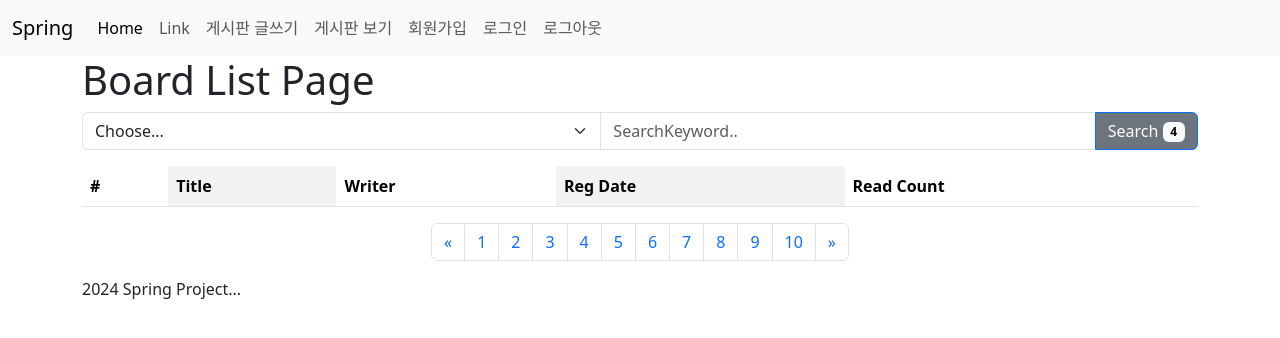
Repository: gajami-kim/240430_Spring_Study
Page: http://localhost/spring_study/WEB-INF/views/board/list.jsp
An editor plug-in stored every save of this project. The page is shown before and after the next save, followed by the edit.
The browser window is 1280 px wide. The pictures show the whole page.
The page is served by Tomcat 9. Nobody is signed in. The template is opened directly, without the code that normally fills it, so the values that code supplies are empty.

Above is the page before, as saved 2024-04-24 08:49:21.

After the next save:
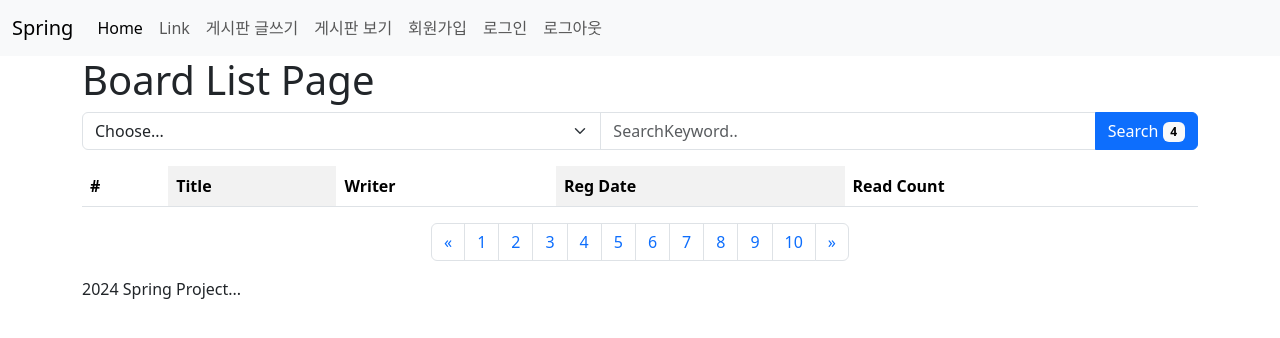
Saved 3 min 7 s later.
--- a/spring_study/src/main/webapp/WEB-INF/views/board/list.jsp
+++ b/spring_study/src/main/webapp/WEB-INF/views/board/list.jsp
@@ -15,7 +15,7 @@
 		    <option value="c">Content</option>
 		  </select>
 	  	<input type="text" class="form-control" aria-label="Text input with segmented dropdown button" name="keyword" placeholder="SearchKeyword..">
-		<button type="button" class="btn btn-primary position-relative text-bg-secondary">
+		<button type="button" class="btn btn-primary position-relative">
 		  Search
 		   <span class="badge text-bg-secondary text-bg-light">4</span>
 		</button>
